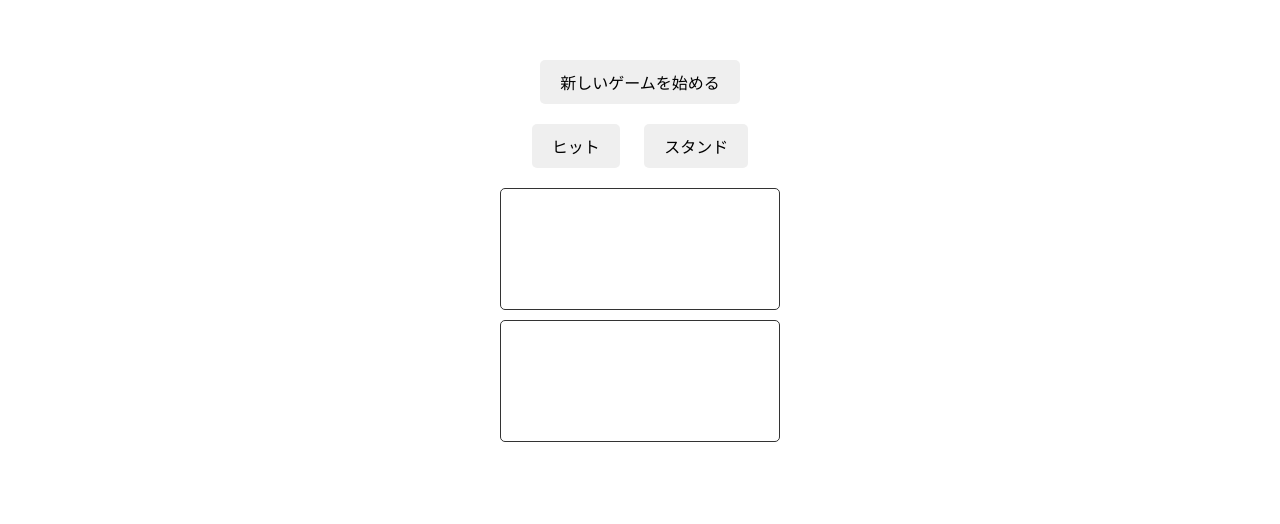
Repository: 2023AIT-OOP2-G10/G10-free
Page: http://localhost/blackjack
The author's editor kept a copy of each file at every save. The page is drawn from the files as they stood at one save, then again after the next save.
The browser window is 1280 px wide. The pictures show the whole page.
The page is served by the project's application, run on Flask 3 (tempCodeRunnerFile.py).

Above is the page before, as saved 2024-01-15 16:42:47.

### templates/blackjack_test.html
<!DOCTYPE html>
<html lang="ja">
<head>
    <meta charset="UTF-8">
    <title>ブラックジャック</title>
    <style>
        body {
            font-family: Arial, sans-serif;
            text-align: center;
            margin-top: 50px;
        }
        #game-area {
            margin: auto;
            width: 300px;
        }
        .hand {
            margin: 10px;
            padding: 10px;
            border: 1px solid #333;
            border-radius: 5px;
        }
        .card {
            margin: 5px;
            display: inline-block;
        }
        #player-hand, #dealer-hand {
            min-height: 100px;
        }
        button {
            margin: 10px;
            padding: 10px 20px;
            font-size: 16px;
            border: none;
            border-radius: 5px;
            cursor: pointer;
        }
    </style>
</head>
<body>
    <div id="game-area">
        <button id="start-game">新しいゲームを始める</button>
        <button id="hit">ヒット</button>
        <button id="stand">スタンド</button>
        <div id="player-hand" class="hand"></div>
        <div id="dealer-hand" class="hand"></div>
        <div id="game-result"></div>
    </div>
<script src="{{ url_for('static', filename='blackjack.js') }}"></script>
</body>
</html>

### tempCodeRunnerFile.py
from flask import Flask, render_template, session
import random

app = Flask(__name__)
app.secret_key = 'your_secret_key'
trump_numbers = list(range(52))

clovers_images = ["Clover_13.png", "Clover_1.png", "Clover_2.png", "Clover_3.png",
                  "Clover_4.png", "Clover_5.png", "Clover_6.png", "Clover_7.png",
                  "Clover_8.png", "Clover_9.png", "Clover_10.png", "Clover_11.png",
                  "Clover_12.png"]
diamonds_images = ["Diamond_13.png", "Diamond_1.png", "Diamond_2.png", "Diamond_3.png",
                   "Diamond_4.png", "Diamond_5.png", "Diamond_6.png", "Diamond_7.png",
                   "Diamond_8.png", "Diamond_9.png", "Diamond_10.png", "Diamond_11.png",
                   "Diamond_12.png"]
hearts_images = ["heart_13.png", "heart_1.png", "heart_2.png", "heart_3.png",
                 "heart_4.png", "heart_5.png", "heart_6.png", "heart_7.png",
                 "heart_8.png", "heart_9.png", "heart_10.png", "heart_11.png",
                 "heart_12.png"]
spades_images = ["spade_13.png", "spade_1.png", "spade_2.png", "spade_3.png",
                 "spade_4.png", "spade_5.png", "spade_6.png", "spade_7.png",
                 "spade_8.png", "spade_9.png", "spade_10.png", "spade_11.png",
                 "spade_12.png"]


def trumps():
    selected_numbers = session.get('selected_numbers', [])
    selected_images = session.get('selected_images', [])

    while True:
        selected = random.choice(trump_numbers)

        if selected not in selected_numbers:
            selected_numbers.append(selected)
            suit = selected // 13
            number = selected % 13

            if suit == 0:
                selected_images.append(clovers_images[number])
            elif suit == 1:
                selected_images.append(diamonds_images[number])
            elif suit == 2:
                selected_images.append(hearts_images[number])
            elif suit == 3:
                selected_images.append(spades_images[number])

            break

    session['selected_numbers'] = selected_numbers
    session['selected_images'] = selected_images

    return selected_numbers, selected_images


@app.route('/')
def start():
    # selected_numbersおよびselected_imagesの初期化
    session.pop('selected_numbers', None)
    session.pop('selected_images', None)
    return render_template('start.html')


@app.route('/blackjack', methods=['GET', 'POST'])
def blackjack():
    trumps_data = trumps()
    return render_template('blackjack_test.html',
                           selected_numbers=trumps_data[0],
                           selected_images=trumps_data[1])


@app.route('/result')
def result():
    return render_template('result.html')


if __name__ == '__main__':
    app.run(debug=True)

### static/blackjack.js
        document.getElementById('start-game').addEventListener('click', () => playerAction('start'));
        document.getElementById('hit').addEventListener('click', () => playerAction('hit'));
        document.getElementById('stand').addEventListener('click', () => playerAction('stand'));

        function playerAction(action) {
            fetch(`/blackjack/${action}`, { method: 'POST' })
                .then(response => response.json())
                .then(data => updateGameView(data))
                .catch(error => console.error('Error:', error));
        }

        function updateGameView(data) {
            if (data.error) {
                alert(data.error);
                return;
            }

            const playerHandDiv = document.getElementById('player-hand');
            const dealerHandDiv = document.getElementById('dealer-hand');
            const gameResultDiv = document.getElementById('game-result');

            playerHandDiv.innerHTML = 'プレイヤーの手札: ' + data.player_hand.map(cardToString).join(', ');
            dealerHandDiv.innerHTML = 'ディーラーの手札: ' + data.dealer_hand.map(cardToString).join(', ');

            if (data.game_over) {
                let resultMessage = 'ゲーム終了！ ';
                resultMessage += data.winner === 'player' ? 'プレイヤーの勝利！' :
                                 data.winner === 'dealer' ? 'ディーラーの勝利！' :
                                 '引き分け！';
                gameResultDiv.innerHTML = resultMessage;
            } else {
                gameResultDiv.innerHTML = '';
            }
        }

        function cardToString(card) {
            return `${card.Suit}_${card.Value}`;
        }

After the next save:
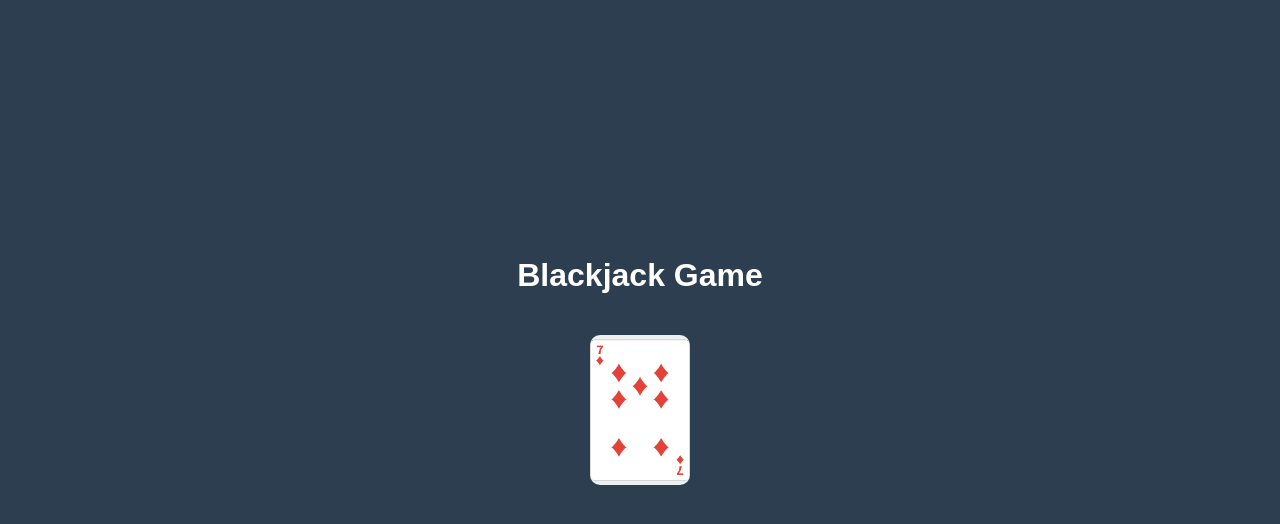
Saved 4 min 13 s later.
--- a/templates/blackjack_test.html
+++ b/templates/blackjack_test.html
@@ -1,50 +1,56 @@
 <!DOCTYPE html>
-<html lang="ja">
+<html lang="en">
 <head>
     <meta charset="UTF-8">
-    <title>ブラックジャック</title>
+    <meta name="viewport" content="width=device-width, initial-scale=1.0">
+    <title>Blackjack Game</title>
     <style>
         body {
+            background-color: #2c3e50;
+            color: white;
             font-family: Arial, sans-serif;
-            text-align: center;
-            margin-top: 50px;
+            display: flex;
+            flex-direction: column;
+            align-items: center;
+            justify-content: center;
+            height: 100vh;
+            margin: 0;
         }
-        #game-area {
-            margin: auto;
-            width: 300px;
+
+        #cardContainer {
+            display: flex;
+            justify-content: space-around;
+            width: 80%;
+            margin-top: 20px;
         }
-        .hand {
-            margin: 10px;
-            padding: 10px;
-            border: 1px solid #333;
+
+        .card {
+            width: 100px;  /* カードの幅 */
+            height: 150px;  /* カードの高さ */
+            background-color: #ecf0f1;
+            border-radius: 10px;
+            margin: 0 5px;
+            display: flex;
+            align-items: center;
+            justify-content: center;
+        }
+
+        img {
+            max-width: 100%;
+            max-height: 100%;
             border-radius: 5px;
-        }
-        .card {
-            margin: 5px;
-            display: inline-block;
-        }
-        #player-hand, #dealer-hand {
-            min-height: 100px;
-        }
-        button {
-            margin: 10px;
-            padding: 10px 20px;
-            font-size: 16px;
-            border: none;
-            border-radius: 5px;
-            cursor: pointer;
         }
     </style>
 </head>
 <body>
-    <div id="game-area">
-        <button id="start-game">新しいゲームを始める</button>
-        <button id="hit">ヒット</button>
-        <button id="stand">スタンド</button>
-        <div id="player-hand" class="hand"></div>
-        <div id="dealer-hand" class="hand"></div>
-        <div id="game-result"></div>
+    <h1>Blackjack Game</h1>
+
+    <div id="cardContainer">
+        {% for image in selected_images %}
+            <div class="card">
+                <img src="{{ url_for('static', filename=image) }}" alt="Card">
+            </div>
+        {% endfor %}
     </div>
-<script src="{{ url_for('static', filename='blackjack.js') }}"></script>
 </body>
 </html>
